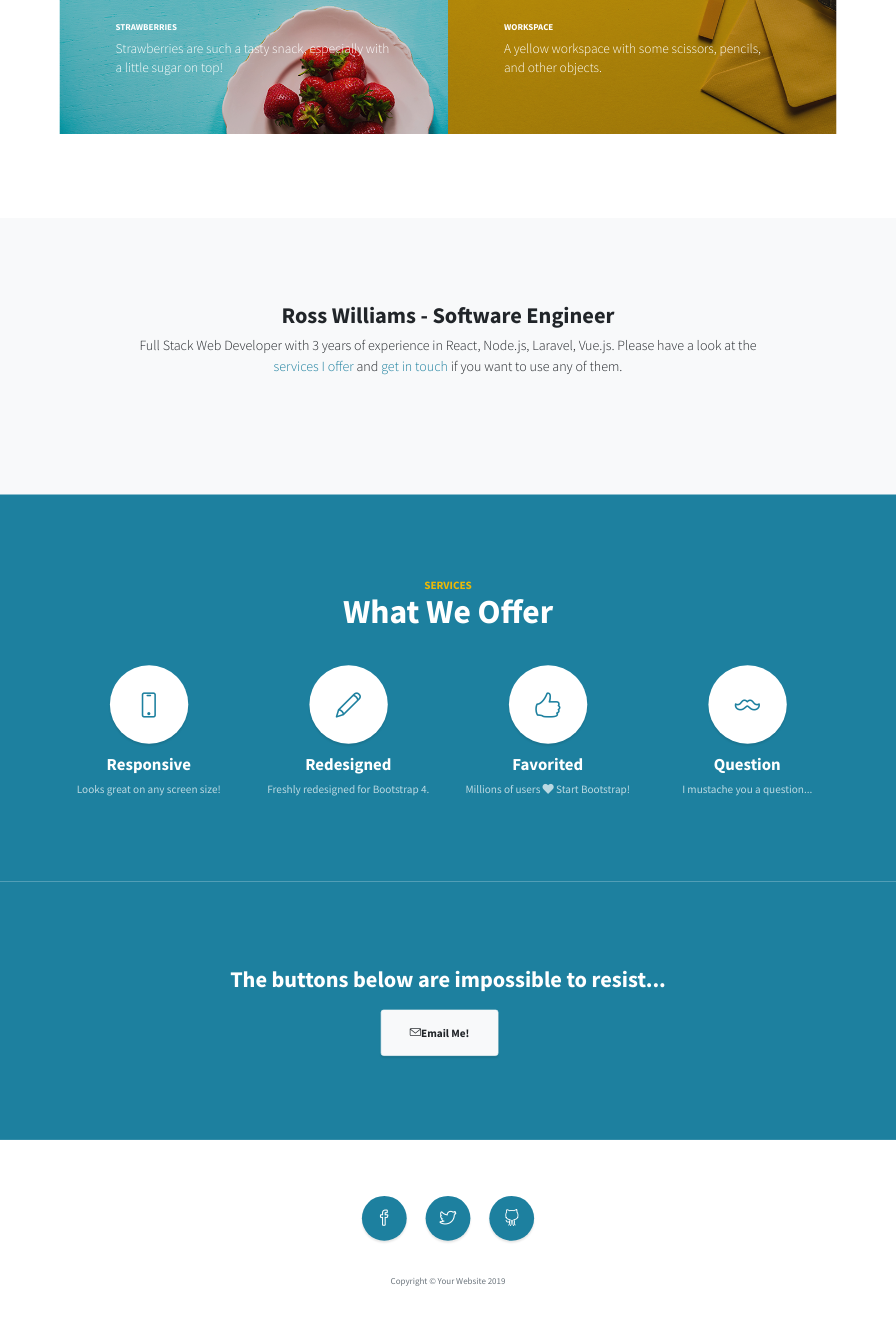
Repository: Williams94/Williams94.github.io
Page: index.html
The author's editor kept a copy of each file at every save. The page is drawn from the files as they stood at one save, then again after a run of saves.
The browser window is 1280 px wide. The pictures show the part of the page from y = 1568 to 3488 px (the page is 3488 px tall before and 3446 px after), at 70% of full size.
A picture or video elsewhere on the page could not be fetched, so the positions and the page height are approximate.

Above is the page before, as saved 2019-07-06 13:46:06.

### index.html
<!DOCTYPE html>
<html lang="en">

<head>

  <meta charset="utf-8">
  <meta name="viewport" content="width=device-width, initial-scale=1, shrink-to-fit=no">
  <meta name="description" content="">
  <meta name="author" content="">

  <title>Stylish Portfolio - Start Bootstrap Template</title>

  <!-- Bootstrap Core CSS -->
  <link href="vendor/bootstrap/css/bootstrap.min.css" rel="stylesheet">

  <!-- Custom Fonts -->
  <link href="vendor/fontawesome-free/css/all.min.css" rel="stylesheet" type="text/css">
  <link href="https://fonts.googleapis.com/css?family=Source+Sans+Pro:300,400,700,300italic,400italic,700italic"
    rel="stylesheet" type="text/css">
  <link href="vendor/simple-line-icons/css/simple-line-icons.css" rel="stylesheet">

  <!-- Custom CSS -->
  <link href="css/stylish-portfolio.css" rel="stylesheet">
  <!-- <link href="css/new-age.min.css" rel="stylesheet"> -->

</head>

<body id="page-top">

  <!-- Navigation -->
  <nav class="navbar navbar-expand-lg navbar-light fixed-top" id="mainNav">
    <div class="container">
      <a class="navbar-brand js-scroll-trigger" href="#page-top">Ross Williams</a>
      <button class="navbar-toggler navbar-toggler-right" type="button" data-toggle="collapse"
        data-target="#navbarResponsive" aria-controls="navbarResponsive" aria-expanded="false"
        aria-label="Toggle navigation">
        Menu
        <i class="fas fa-bars"></i>
      </button>
      <div class="collapse navbar-collapse" id="navbarResponsive">
        <ul class="navbar-nav ml-auto">
          <li class="nav-item">
            <a class="nav-link js-scroll-trigger" href="#about">About</a>
          </li>
          <li class="nav-item">
            <a class="nav-link js-scroll-trigger" href="#portfolio">Portfolio</a>
          </li>
          <li class="nav-item">
            <a class="nav-link js-scroll-trigger" href="#services">Services</a>
          </li>
          <li class="nav-item">
            <a class="nav-link js-scroll-trigger" href="#contact">Contact</a>
          </li>
        </ul>
      </div>
    </div>
  </nav>

  <!-- Header -->
  <header class="masthead">
    <div class="container h-100">
      <div class="row h-100">
        <div class="col-lg-7 my-auto">
          <div class="header-content mx-auto">
            <h1 class="mb-5">Welcome, please take a look at my previous projects and the services I offer.</h1>
          </div>
        </div>
        <div class="col-lg-5 my-auto">
          <div class="device-container">
            <div class="device-mockup iphone6_plus portrait white">
              <div class="device">
                <div class="screen">
                  <!-- Demo image for screen mockup, you can put an image here, some HTML, an animation, video, or anything else! -->
                  <img src="img/demo-screen-1.jpg" class="img-fluid" alt="">
                </div>
                <div class="button">
                  <!-- You can hook the "home button" to some JavaScript events or just remove it -->
                </div>
              </div>
            </div>
          </div>
        </div>
      </div>
    </div>
  </header>

  <!-- Portfolio -->
  <section class="content-section" id="portfolio">
    <div class="container">
      <div class="content-section-heading text-center">
        <h3 class="text-secondary mb-0">Portfolio</h3>
        <h2 class="mb-5">Recent Projects</h2>
      </div>
      <div class="row no-gutters">
        <div class="col-lg-6">
          <a class="portfolio-item" href="#">
            <span class="caption">
              <span class="caption-content">
                <h2>Stationary</h2>
                <p class="mb-0">A yellow pencil with envelopes on a clean, blue backdrop!</p>
              </span>
            </span>
            <img class="img-fluid" src="img/portfolio-1.jpg" alt="">
          </a>
        </div>
        <div class="col-lg-6">
          <a class="portfolio-item" href="#">
            <span class="caption">
              <span class="caption-content">
                <h2>Ice Cream</h2>
                <p class="mb-0">A dark blue background with a colored pencil, a clip, and a tiny ice cream cone!</p>
              </span>
            </span>
            <img class="img-fluid" src="img/portfolio-2.jpg" alt="">
          </a>
        </div>
        <div class="col-lg-6">
          <a class="portfolio-item" href="#">
            <span class="caption">
              <span class="caption-content">
                <h2>Strawberries</h2>
                <p class="mb-0">Strawberries are such a tasty snack, especially with a little sugar on top!</p>
              </span>
            </span>
            <img class="img-fluid" src="img/portfolio-3.jpg" alt="">
          </a>
        </div>
        <div class="col-lg-6">
          <a class="portfolio-item" href="#">
            <span class="caption">
              <span class="caption-content">
                <h2>Workspace</h2>
                <p class="mb-0">A yellow workspace with some scissors, pencils, and other objects.</p>
              </span>
            </span>
            <img class="img-fluid" src="img/portfolio-4.jpg" alt="">
          </a>
        </div>
      </div>
    </div>
  </section>

  <!-- About -->
  <section class="content-section bg-light" id="about">
    <div class="container text-center">
      <div class="row">
        <div class="col-lg-10 mx-auto">
          <h2>Ross Williams - Software Engineer</h2>
          <p class="lead mb-5">Full Stack Web Developer with 3 years of experience in React, Node.js, Laravel, Vue.js.
            Please have a look at the <a href="#services">services I offer</a> and <a href="#contact">get in touch</a>
            if you want to use any of them.
          </p>
        </div>
      </div>
    </div>
  </section>

  <!-- Services -->
  <section class="content-section bg-primary text-white text-center" id="services">
    <div class="container">
      <div class="content-section-heading">
        <h3 class="text-secondary mb-0">Services</h3>
        <h2 class="mb-5">What We Offer</h2>
      </div>
      <div class="row">
        <div class="col-lg-3 col-md-6 mb-5 mb-lg-0">
          <span class="service-icon rounded-circle mx-auto mb-3">
            <i class="icon-screen-smartphone"></i>
          </span>
          <h4>
            <strong>Responsive</strong>
          </h4>
          <p class="text-faded mb-0">Looks great on any screen size!</p>
        </div>
        <div class="col-lg-3 col-md-6 mb-5 mb-lg-0">
          <span class="service-icon rounded-circle mx-auto mb-3">
            <i class="icon-pencil"></i>
          </span>
          <h4>
            <strong>Redesigned</strong>
          </h4>
          <p class="text-faded mb-0">Freshly redesigned for Bootstrap 4.</p>
        </div>
        <div class="col-lg-3 col-md-6 mb-5 mb-md-0">
          <span class="service-icon rounded-circle mx-auto mb-3">
            <i class="icon-like"></i>
          </span>
          <h4>
            <strong>Favorited</strong>
          </h4>
          <p class="text-faded mb-0">Millions of users
            <i class="fas fa-heart"></i>
            Start Bootstrap!</p>
        </div>
        <div class="col-lg-3 col-md-6">
          <span class="service-icon rounded-circle mx-auto mb-3">
            <i class="icon-mustache"></i>
          </span>
          <h4>
            <strong>Question</strong>
          </h4>
          <p class="text-faded mb-0">I mustache you a question...</p>
        </div>
      </div>
    </div>
  </section>

  <!-- Call to Action -->
  <section class="content-section bg-primary text-white">
    <div class="container text-center">
      <h2 class="mb-4">The buttons below are impossible to resist...</h2>
      <a href="#" class="btn btn-xl btn-light mr-4">
          <i class="icon-envelope"></i>Email Me!</a>
    </div>
  </section>

  <!-- Map -->
  <!-- <section id="contact" class="map">
    <iframe width="100%" height="100%" frameborder="0" scrolling="no" marginheight="0" marginwidth="0"
      src="https://maps.google.com/maps?f=q&amp;source=s_q&amp;hl=en&amp;geocode=&amp;q=Twitter,+Inc.,+Market+Street,+San+Francisco,+CA&amp;aq=0&amp;oq=twitter&amp;sll=28.659344,-81.187888&amp;sspn=0.128789,0.264187&amp;ie=UTF8&amp;hq=Twitter,+Inc.,+Market+Street,+San+Francisco,+CA&amp;t=m&amp;z=15&amp;iwloc=A&amp;output=embed"></iframe>
    <br />
    <small>
      <a
        href="https://maps.google.com/maps?f=q&amp;source=embed&amp;hl=en&amp;geocode=&amp;q=Twitter,+Inc.,+Market+Street,+San+Francisco,+CA&amp;aq=0&amp;oq=twitter&amp;sll=28.659344,-81.187888&amp;sspn=0.128789,0.264187&amp;ie=UTF8&amp;hq=Twitter,+Inc.,+Market+Street,+San+Francisco,+CA&amp;t=m&amp;z=15&amp;iwloc=A"></a>
    </small>
  </section> -->

  <!-- Footer -->
  <footer class="footer text-center">
    <div class="container">
      <ul class="list-inline mb-5">
        <li class="list-inline-item">
          <a class="social-link rounded-circle text-white mr-3" href="#">
            <i class="icon-social-facebook"></i>
          </a>
        </li>
        <li class="list-inline-item">
          <a class="social-link rounded-circle text-white mr-3" href="#">
            <i class="icon-social-twitter"></i>
          </a>
        </li>
        <li class="list-inline-item">
          <a class="social-link rounded-circle text-white" href="#">
            <i class="icon-social-github"></i>
          </a>
        </li>
      </ul>
      <p class="text-muted small mb-0">Copyright &copy; Your Website 2019</p>
    </div>
  </footer>

  <!-- Scroll to Top Button-->
  <a class="scroll-to-top rounded js-scroll-trigger" href="#page-top">
    <i class="fas fa-angle-up"></i>
  </a>

  <!-- Bootstrap core JavaScript -->
  <script src="vendor/jquery/jquery.min.js"></script>
  <script src="vendor/bootstrap/js/bootstrap.bundle.min.js"></script>

  <!-- Plugin JavaScript -->
  <script src="vendor/jquery-easing/jquery.easing.min.js"></script>

  <!-- Custom scripts for this template -->
  <script src="js/stylish-portfolio.min.js"></script>

</body>

</html>

### css/stylish-portfolio.css
/*!
 * Start Bootstrap - Stylish Portfolio v5.0.6 (https://startbootstrap.com/template-overviews/stylish-portfolio)
 * Copyright 2013-2019 Start Bootstrap
 * Licensed under MIT (https://github.com/BlackrockDigital/startbootstrap-stylish-portfolio/blob/master/LICENSE)
 */

body,
html {
  width: 100%;
  height: 100%;
}

body {
  font-family: "Source Sans Pro";
}

.btn-xl {
  padding: 1.25rem 2.5rem;
}

.content-section {
  padding-top: 7.5rem;
  padding-bottom: 7.5rem;
}

.content-section-heading h2 {
  font-size: 3rem;
}

.content-section-heading h3 {
  font-size: 1rem;
  text-transform: uppercase;
}

h1,
h2,
h3,
h4,
h5,
h6 {
  font-weight: 700;
}

.text-faded {
  color: rgba(255, 255, 255, 0.7);
}

/* Map */
.map {
  height: 30rem;
}

@media (max-width: 992px) {
  .map {
    height: 75%;
  }
}

.map iframe {
  pointer-events: none;
}

.scroll-to-top {
  position: fixed;
  right: 15px;
  bottom: 15px;
  display: none;
  width: 50px;
  height: 50px;
  text-align: center;
  color: white;
  background: rgba(52, 58, 64, 0.5);
  line-height: 45px;
}

.scroll-to-top:focus,
.scroll-to-top:hover {
  color: white;
}

.scroll-to-top:hover {
  background: #343a40;
}

.scroll-to-top i {
  font-weight: 800;
}

.masthead {
  min-height: 30rem;
  position: relative;
  display: table;
  width: 100%;
  height: auto;
  padding-top: 8rem;
  padding-bottom: 8rem;
  background: -webkit-gradient(
      linear,
      left top,
      right top,
      from(rgba(255, 255, 255, 0.1)),
      to(rgba(255, 255, 255, 0.1))
    ),
    url("../img/bg-masthead.jpg");
  background: linear-gradient(
      90deg,
      rgba(255, 255, 255, 0.1) 0%,
      rgba(255, 255, 255, 0.1) 100%
    ),
    url("../img/bg-masthead.jpg");
  background-position: center center;
  background-repeat: no-repeat;
  background-size: cover;
}

.masthead h1 {
  font-size: 4rem;
  margin: 0;
  padding: 0;
}

@media (min-width: 992px) {
  .masthead {
    height: 100vh;
  }
  .masthead h1 {
    font-size: 5.5rem;
  }
}

/* Side Menu */
#sidebar-wrapper {
  position: fixed;
  z-index: 2;
  right: 0;
  width: 250px;
  height: 100%;
  -webkit-transition: all 0.4s ease 0s;
  transition: all 0.4s ease 0s;
  -webkit-transform: translateX(250px);
  transform: translateX(250px);
  background: #1d809f;
  border-left: 1px solid rgba(255, 255, 255, 0.1);
}

.sidebar-nav {
  position: absolute;
  top: 0;
  width: 250px;
  margin: 0;
  padding: 0;
  list-style: none;
}

.sidebar-nav li.sidebar-nav-item a {
  display: block;
  text-decoration: none;
  color: #fff;
  padding: 15px;
}

.sidebar-nav li a:hover {
  text-decoration: none;
  color: #fff;
  background: rgba(255, 255, 255, 0.2);
}

.sidebar-nav li a:active,
.sidebar-nav li a:focus {
  text-decoration: none;
}

.sidebar-nav > .sidebar-brand {
  font-size: 1.2rem;
  background: rgba(52, 58, 64, 0.1);
  height: 80px;
  line-height: 50px;
  padding-top: 15px;
  padding-bottom: 15px;
  padding-left: 15px;
}

.sidebar-nav > .sidebar-brand a {
  color: #fff;
}

.sidebar-nav > .sidebar-brand a:hover {
  color: #fff;
  background: none;
}

#sidebar-wrapper.active {
  right: 250px;
  width: 250px;
  -webkit-transition: all 0.4s ease 0s;
  transition: all 0.4s ease 0s;
}

.menu-toggle {
  position: fixed;
  right: 15px;
  top: 15px;
  width: 50px;
  height: 50px;
  text-align: center;
  color: #fff;
  background: rgba(52, 58, 64, 0.5);
  line-height: 50px;
  z-index: 999;
}

.menu-toggle:focus,
.menu-toggle:hover {
  color: #fff;
}

.menu-toggle:hover {
  background: #343a40;
}

.service-icon {
  background-color: #fff;
  color: #1d809f;
  height: 7rem;
  width: 7rem;
  display: block;
  line-height: 7.5rem;
  font-size: 2.25rem;
  -webkit-box-shadow: 0 3px 3px 0 rgba(0, 0, 0, 0.1);
  box-shadow: 0 3px 3px 0 rgba(0, 0, 0, 0.1);
}

.callout {
  padding: 15rem 0;
  background: -webkit-gradient(
      linear,
      left top,
      right top,
      from(rgba(255, 255, 255, 0.1)),
      to(rgba(255, 255, 255, 0.1))
    ),
    url("../img/bg-callout.jpg");
  background: linear-gradient(
      90deg,
      rgba(255, 255, 255, 0.1) 0%,
      rgba(255, 255, 255, 0.1) 100%
    ),
    url("../img/bg-callout.jpg");
  background-position: center center;
  background-repeat: no-repeat;
  background-size: cover;
}

.callout h2 {
  font-size: 3.5rem;
  font-weight: 700;
  display: block;
  max-width: 30rem;
}

.portfolio-item {
  display: block;
  position: relative;
  overflow: hidden;
  max-width: 530px;
  margin: auto auto 1rem;
}

.portfolio-item .caption {
  display: -webkit-box;
  display: -ms-flexbox;
  display: flex;
  height: 100%;
  width: 100%;
  background-color: rgba(33, 37, 41, 0.2);
  position: absolute;
  top: 0;
  bottom: 0;
  z-index: 1;
}

.portfolio-item .caption .caption-content {
  color: #fff;
  margin: auto 2rem 2rem;
}

.portfolio-item .caption .caption-content h2 {
  font-size: 0.8rem;
  text-transform: uppercase;
}

.portfolio-item .caption .caption-content p {
  font-weight: 300;
  font-size: 1.2rem;
}

@media (min-width: 992px) {
  .portfolio-item {
    max-width: none;
    margin: 0;
  }
  .portfolio-item .caption {
    -webkit-transition: -webkit-clip-path 0.25s ease-out, background-color 0.7s;
    -webkit-clip-path: inset(0px);
    clip-path: inset(0px);
  }
  .portfolio-item .caption .caption-content {
    -webkit-transition: opacity 0.25s;
    transition: opacity 0.25s;
    margin-left: 5rem;
    margin-right: 5rem;
    margin-bottom: 5rem;
  }
  .portfolio-item img {
    -webkit-transition: -webkit-clip-path 0.25s ease-out;
    -webkit-clip-path: inset(-1px);
    clip-path: inset(-1px);
  }
  .portfolio-item:hover img {
    -webkit-clip-path: inset(2rem);
    clip-path: inset(2rem);
  }
  .portfolio-item:hover .caption {
    background-color: rgba(29, 128, 159, 0.9);
    -webkit-clip-path: inset(2rem);
    clip-path: inset(2rem);
  }
}

footer.footer {
  padding-top: 5rem;
  padding-bottom: 5rem;
}

footer.footer .social-link {
  display: block;
  height: 4rem;
  width: 4rem;
  line-height: 4.3rem;
  font-size: 1.5rem;
  background-color: #1d809f;
  -webkit-transition: background-color 0.15s ease-in-out;
  transition: background-color 0.15s ease-in-out;
  -webkit-box-shadow: 0 3px 3px 0 rgba(0, 0, 0, 0.1);
  box-shadow: 0 3px 3px 0 rgba(0, 0, 0, 0.1);
}

footer.footer .social-link:hover {
  background-color: #155d74;
  text-decoration: none;
}

a {
  color: #1d809f;
}

a:hover,
a:focus,
a:active {
  color: #155d74;
}

.btn-primary {
  background-color: #1d809f !important;
  border-color: #1d809f !important;
  color: #fff !important;
}

.btn-primary:hover,
.btn-primary:focus,
.btn-primary:active {
  background-color: #155d74 !important;
  border-color: #155d74 !important;
}

.btn-secondary {
  background-color: #ecb807 !important;
  border-color: #ecb807 !important;
  color: #fff !important;
}

.btn-secondary:hover,
.btn-secondary:focus,
.btn-secondary:active {
  background-color: #ba9106 !important;
  border-color: #ba9106 !important;
}

.btn-dark {
  color: #fff !important;
}

.btn {
  -webkit-box-shadow: 0px 3px 3px 0px rgba(0, 0, 0, 0.1);
  box-shadow: 0px 3px 3px 0px rgba(0, 0, 0, 0.1);
  font-weight: 700;
}

.bg-primary {
  background-color: #1d809f !important;
}

.text-primary {
  color: #1d809f !important;
}

.text-secondary {
  color: #ecb807 !important;
}

#mainNav {
  border-color: rgba(34, 34, 34, 0.05);
  background-color: white;
  -webkit-transition: all 0.35s;
  transition: all 0.35s;
  font-family: "Catamaran", "Helvetica", "Arial", "sans-serif";
  font-weight: 200;
  letter-spacing: 1px;
}

#mainNav .navbar-brand {
  color: #fdcc52;
  font-family: "Catamaran", "Helvetica", "Arial", "sans-serif";
  font-weight: 200;
  letter-spacing: 1px;
}

#mainNav .navbar-brand:hover,
#mainNav .navbar-brand:focus {
  color: #fcbd20;
}

#mainNav .navbar-toggler {
  font-size: 12px;
  padding: 8px 10px;
  color: #222222;
}

#mainNav .navbar-nav > li > a {
  font-size: 11px;
  font-family: "Lato", "Helvetica", "Arial", "sans-serif";
  letter-spacing: 2px;
  text-transform: uppercase;
}

#mainNav .navbar-nav > li > a.active {
  color: #fdcc52 !important;
  background-color: transparent;
}

#mainNav .navbar-nav > li > a.active:hover {
  background-color: transparent;
}

#mainNav .navbar-nav > li > a,
#mainNav .navbar-nav > li > a:focus {
  color: #222222;
}

#mainNav .navbar-nav > li > a:hover,
#mainNav .navbar-nav > li > a:focus:hover {
  color: #fdcc52;
}

@media (min-width: 992px) {
  #mainNav {
    border-color: transparent;
    background-color: transparent;
  }
  #mainNav .navbar-brand {
    color: fade(white, 70%);
  }
  #mainNav .navbar-brand:hover,
  #mainNav .navbar-brand:focus {
    color: white;
  }
  #mainNav .navbar-nav > li > a,
  #mainNav .navbar-nav > li > a:focus {
    color: rgba(255, 255, 255, 0.7);
  }
  #mainNav .navbar-nav > li > a:hover,
  #mainNav .navbar-nav > li > a:focus:hover {
    color: white;
  }
  #mainNav.navbar-shrink {
    border-color: rgba(34, 34, 34, 0.1);
    background-color: white;
  }
  #mainNav.navbar-shrink .navbar-brand {
    color: #222222;
  }
  #mainNav.navbar-shrink .navbar-brand:hover,
  #mainNav.navbar-shrink .navbar-brand:focus {
    color: #fdcc52;
  }
  #mainNav.navbar-shrink .navbar-nav > li > a,
  #mainNav.navbar-shrink .navbar-nav > li > a:focus {
    color: #222222;
  }
  #mainNav.navbar-shrink .navbar-nav > li > a:hover,
  #mainNav.navbar-shrink .navbar-nav > li > a:focus:hover {
    color: #fdcc52;
  }
}


header.masthead {
  position: relative;
  width: 100%;
  padding-top: 150px;
  padding-bottom: 100px;
  color: white;
  background: url("../img/bg-pattern.png"), #7b4397;
  background: url("../img/bg-pattern.png"), -webkit-gradient(linear, right top, left top, from(#7b4397), to(#dc2430));
  background: url("../img/bg-pattern.png"), linear-gradient(to left, #7b4397, #dc2430);
}

header.masthead .header-content {
  max-width: 500px;
  margin-bottom: 100px;
  text-align: center;
}

header.masthead .header-content h1 {
  font-size: 30px;
}

header.masthead .device-container {
  max-width: 325px;
  margin-right: auto;
  margin-left: auto;
}

header.masthead .device-container .screen img {
  border-radius: 3px;
}

@media (min-width: 992px) {
  header.masthead {
    height: 100vh;
    min-height: 775px;
    padding-top: 0;
    padding-bottom: 0;
  }
  header.masthead .header-content {
    margin-bottom: 0;
    text-align: left;
  }
  header.masthead .header-content h1 {
    font-size: 50px;
  }
  header.masthead .device-container {
    max-width: 325px;
  }
}

Loaded but not shown: vendor/bootstrap/css/bootstrap.min.css (library); vendor/fontawesome-free/css/all.min.css (library); vendor/simple-line-icons/css/simple-line-icons.css (library); vendor/jquery/jquery.min.js (library); vendor/bootstrap/js/bootstrap.bundle.min.js (library); vendor/jquery-easing/jquery.easing.min.js (common file); js/stylish-portfolio.min.js (common file)

After the next 2 saves:
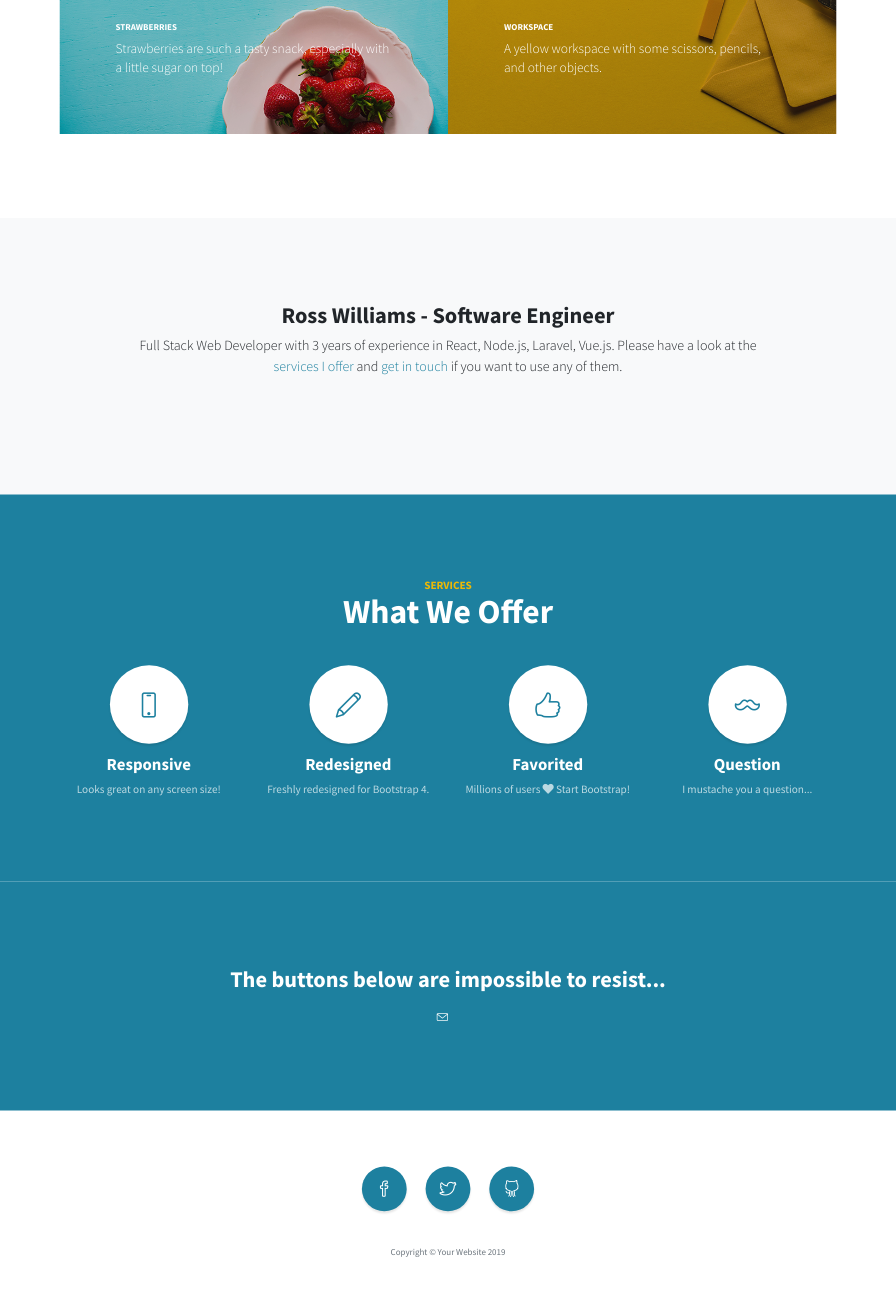
The 2 saves are shown as one change because they came seconds apart.
The last was saved 33 s later.
--- a/index.html
+++ b/index.html
@@ -209,8 +209,9 @@
   <section class="content-section bg-primary text-white">
     <div class="container text-center">
       <h2 class="mb-4">The buttons below are impossible to resist...</h2>
-      <a href="#" class="btn btn-xl btn-light mr-4">
-          <i class="icon-envelope"></i>Email Me!</a>
+      <a class="social-link rounded-circle text-white mr-3" href="#">
+        <i class="icon-envelope"></i>
+      </a>
     </div>
   </section>
 
